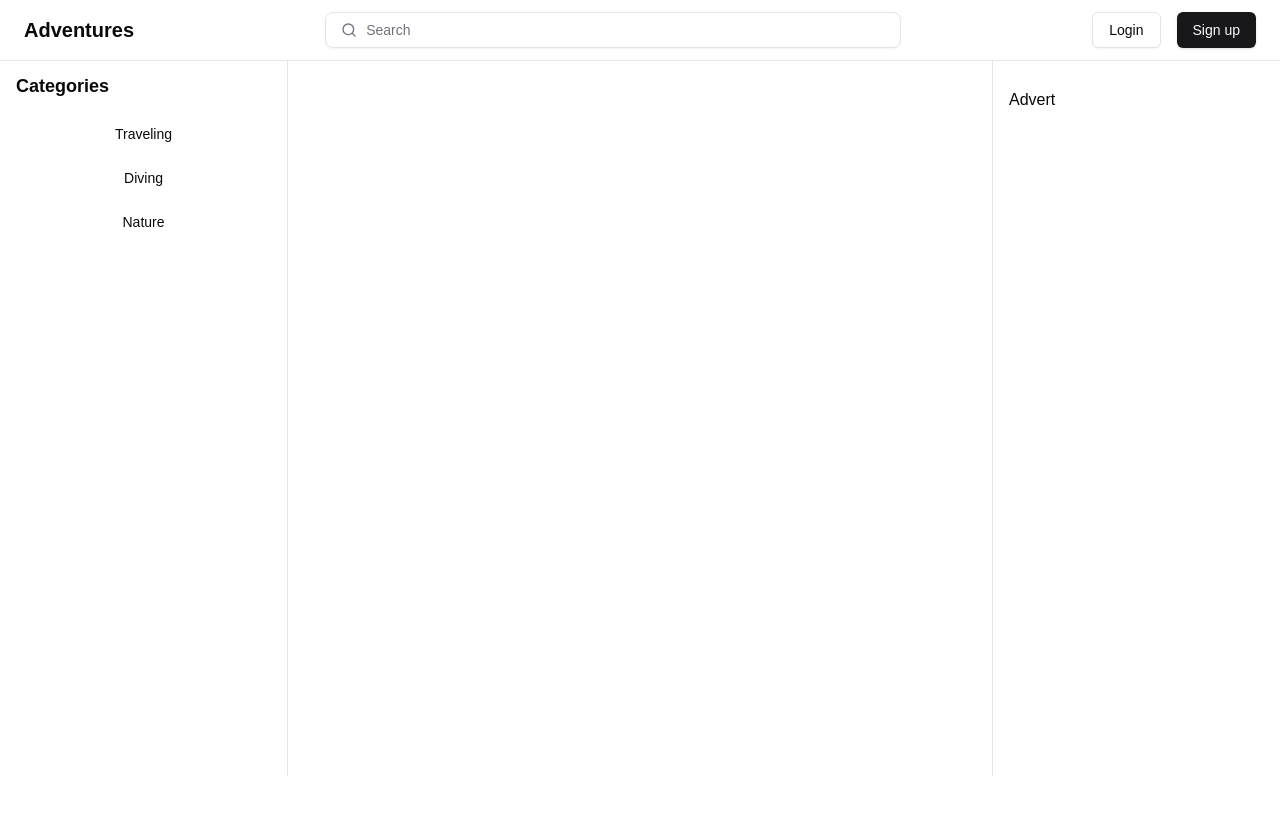
Repository: IssaMuiz/afrixpace-frontend
Page: /
An editor plug-in stored every save of this project. The page is shown before and after the next save, followed by the edit.
The browser window is 1280 px wide. The pictures show the whole page.
The page's requests for data from a server got no answer. The project was rebuilt for these pictures with package versions that can differ from the ones it lists, and the page was loaded fresh each time. The framework's server and built-in components were replaced by stand-ins that run in the browser. No one was signed in, and anything a server would have sent is missing. Also part of the build but not shown: next.config.ts, components/ui/card.tsx, components/Vote.tsx, components/PostCard.tsx.

Above is the page before, as saved 2025-02-04 14:59:32.

After the next save:
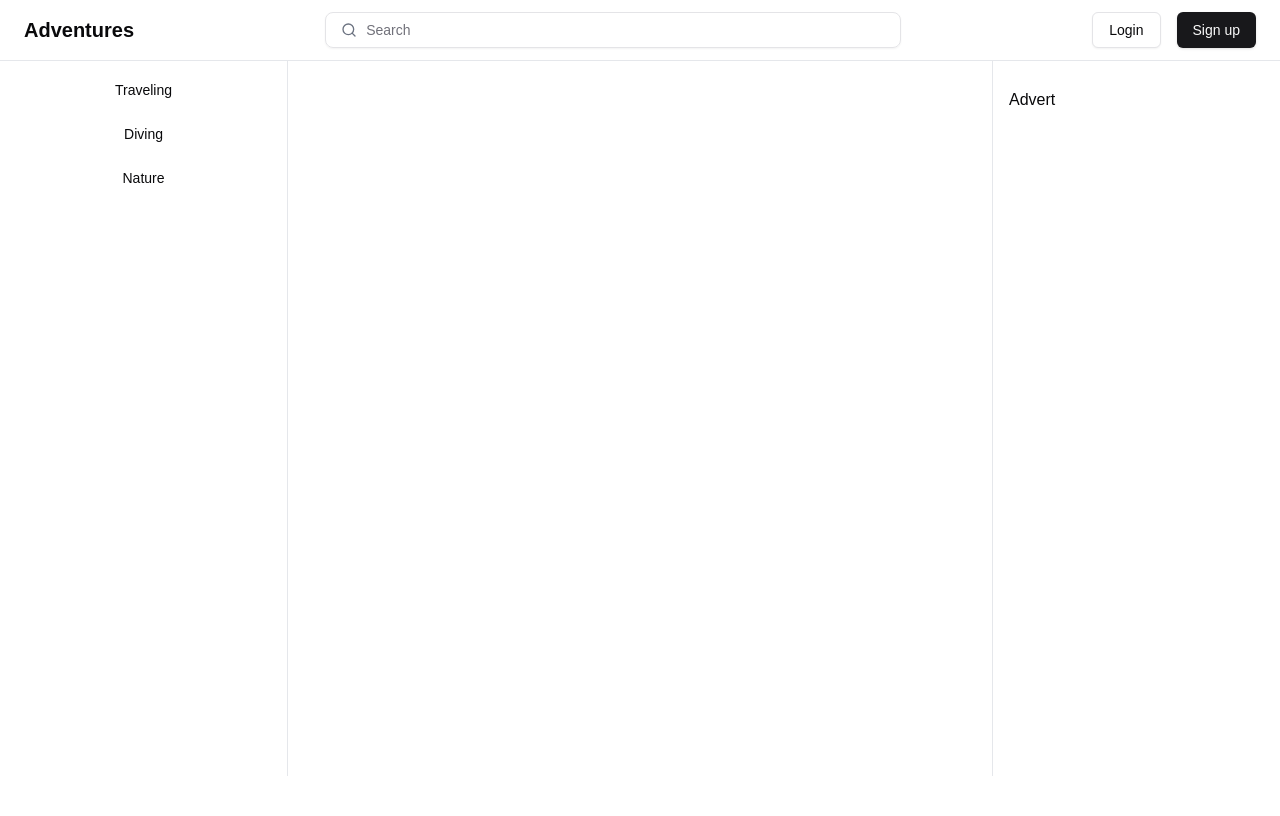
Saved 10 min 1 s later.
--- a/components/Sidebar.tsx
+++ b/components/Sidebar.tsx
@@ -5,7 +5,6 @@ const categories = ["Traveling", "Diving", "Nature"];
 const Sidebar = () => {
   return (
     <aside className="fixed hidden xl:block top-14 left-0 bottom-0 w-72 border-r border-gray-200 h-full bg-white p-4">
-      <h2 className="font-semibold text-lg mb-4">Categories</h2>
       <ul className="space-y-2">
         {categories.map((category) => (
           <li key={category}>
